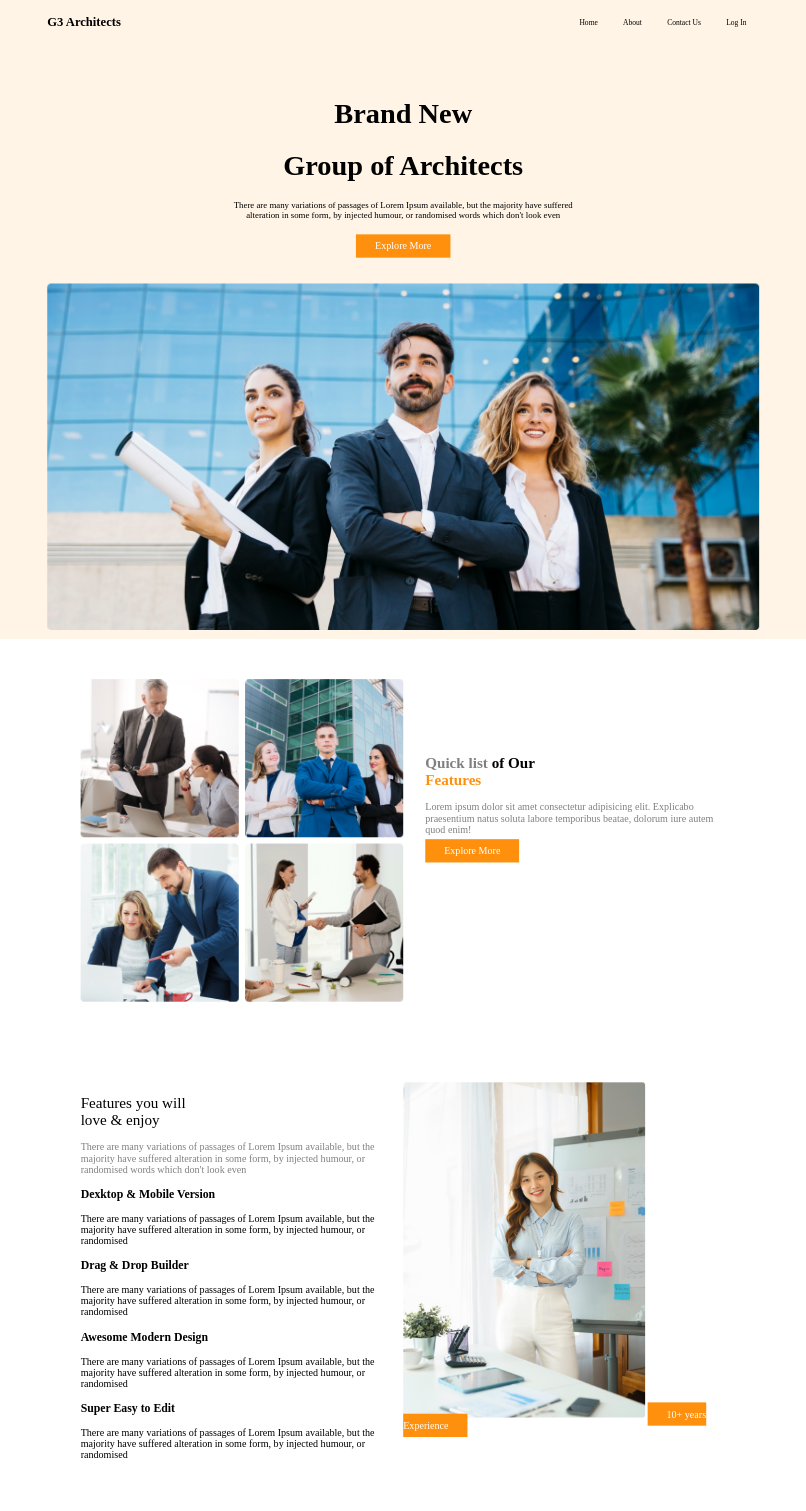
Repository: sadiaafsana138/Architect
Page: index.html
An editor plug-in stored every save of this project. The page is shown before and after the next save, followed by the edit.
The browser window is 1280 px wide. The pictures show the whole page, at 63% of full size.

Above is the page before, as saved 2023-01-16 16:39:06.

### index.html
<!DOCTYPE html>
<html lang="en">

<head>
  <meta charset="UTF-8" />
  <meta http-equiv="X-UA-Compatible" content="IE=edge" />
  <meta name="viewport" content="width=device-width, initial-scale=1.0" />
  <!-- CSS Stylesheet -->
  <link rel="stylesheet" href="style.css" />
  <title>G3 Architects</title>
</head>

<body>
  <!-- Head Section -->
  <header>
    <div class="top-head container">
      <div class="logo">
        <a href="">G3 Architects</a>
      </div>
      <nav class="navigation">
        <ul class="navigation-items">
          <li><a href="#">Home</a></li>
          <li><a href="#">About</a></li>
          <li><a href="#">Contact Us</a></li>
          <li><a href="#">Log In</a></li>
        </ul>
      </nav>
    </div>
    <div class="top-section container">
      <div class="top-bar-product">
        <div class="top-text">
          <h1>Brand New</h1>
          <h1>Group of Architects</h1>
          <p>
            There are many variations of passages of Lorem Ipsum available,
            but the majority have suffered <br>
            alteration in some form, by
            injected humour, or randomised words which don't look even
          </p>
          <br />
          <a href="#" class="link-btn">Explore More </a>
        </div>
        <div class="top-img">
          <img src="./images/banner.png" alt="" />
        </div>
      </div>
    </div>
  </header>
  <!--section Quick list of Our Features-->
  <section class="section-2">
    <div class="sec2div1">
      <img src="images/team1.png" alt="">

      </img>
      <img src="images/team2.png" alt="">

      </img>
      <img src="images/team3.png" alt="">

      </img>
      <img src="images/team4.png" alt="">

      </img>
    </div>
    <div class="sec2div2">
      <h2><span class="sp1">Quick list</span> of Our <br>
        <span id="sp2">Features</span>
      </h2>
      <p class="sp1">Lorem ipsum dolor sit amet consectetur adipisicing elit. Explicabo praesentium natus soluta labore
        temporibus beatae, dolorum iure autem quod enim!</p>
      <a href="#" class="link-btn">Explore More </a>
    </div>
  </section>
  <!--section-3 Features you will love & enjoy-->
  <section class="section-2">
    <div class="sec3div1">
      <h1>Features you will<br>
        love & enjoy</h1>
      <p class="sp1">
        There are many variations of passages of Lorem Ipsum available, but the majority have suffered alteration in
        some form, by injected humour, or randomised words which don't look even
      </p>
      <div class="sec3">
        <h3 class="sec3title">Dexktop & Mobile Version</h3>
        <p class="sec3subtitle">
          There are many variations of passages of Lorem Ipsum available, but the majority have suffered alteration in
          some form, by injected humour, or randomised
        </p>
      </div>
      <div class="sec3">
        <h3 class="sec3title">Drag & Drop Builder</h3>
        <p class="sec3subtitle">
          There are many variations of passages of Lorem Ipsum available, but the majority have suffered alteration in
          some form, by injected humour, or randomised
        </p>
      </div>
      <div class="sec3">
        <h3 class="sec3title">Awesome Modern Design</h3>
        <p class="sec3subtitle">
          There are many variations of passages of Lorem Ipsum available, but the majority have suffered alteration in
          some form, by injected humour, or randomised
        </p>
      </div>
      <div class="sec3">
        <h3 class="sec3title">Super Easy to Edit</h3>
        <p class="sec3subtitle">
          There are many variations of passages of Lorem Ipsum available, but the majority have suffered alteration in
          some form, by injected humour, or randomised
        </p>
      </div>
    </div>
    <div class="sec3div2">
      <img src="images/architect.png" alt="">
      <a href="#" class="link-btn"><span class="sp3">10+ years</span> Experience </a>
    </div>


  </section>
</body>

</html>

### style.css
@import url("https://fonts.googleapis.com/css2?family=Inter:wght@700&family=Manrope:wght@700&display=swap");

/* common styles or utilities */
* {
  padding: 0;
  box-sizing: border-box;
}

html {
  scroll-behavior: smooth;
}

body {
  font-family: "Poppins";
  margin: 0;
}

h1 {
  font-weight: 500;
}

a {
  text-decoration: none;
}

main {
  display: flex;
  flex-direction: column;
  align-items: center;
  justify-content: center;
  margin-top: 2%;
}

.container {
  max-width: 960px;
  margin: 0 auto;
  padding: 0 20px;
}

.link-btn {
  background-color: #ff900e;
  color: white;
  padding: 10px 30px;
  transition: 0.4s all ease-in-out;
}

.link-btn:hover {
  background-color: transparent;
  border: 1px solid #ff900e;
  color: #ff900e;
}

/* Header Section */
header {
  padding: 10px 0;
  background-color: rgba(255, 144, 14, 0.1);
}

header .container {
  max-width: 1170px;
  display: flex;
  justify-content: space-between;
  align-items: center;
}

.logo {
  display: flex;
}

.logo a {
  color: black;
  font-weight: 700;
  font-size: 20px;
}

.navigation {
  display: flex;
}

.navigation-items {
  display: flex;
  align-items: center;
}

.navigation-items li {
  list-style: none;
  padding: 0 20px;
}

.navigation-items li a {
  color: black;
  font-size: 12px;
  position: relative;
}

.navigation-items li a:after {
  content: "";
  position: absolute;
  background-color: #ff900e;
  height: 3px;
  width: 0;
  left: 0;
  bottom: -10px;
  transition: 0.3s;
}

.navigation-items li a:hover:after {
  width: 100%;
}

/* Top Bar Infos */
.top-section.container {
  margin-top: 5%;
}

.top-bar-product {
  text-align: center;
}

.top-text h1 {
  font-weight: 700;
  font-size: 45px;
}

.top-text p {
  font-size: 14px;
  text-align: center;
}

.top-img {
  width: 100%;
  margin-top: 50px;
}
.top-img img {
  width: 100%;
}
/*Section 2 Quick list of Our Features*/
.sp1{
  color: gray;
}
#sp2{
  color: #ff900e;
}
.section-2{
  display:grid;
  grid-template-columns: repeat(2,1fr);
  padding-left: 10%;
  padding-right: 10%;
  padding-top: 5%;
  padding-bottom: 5%;

}
.sec2div1{
  display: grid;
  grid-template-columns: repeat(2,1fr);
  row-gap: 10px;
  column-gap: 10px;
}
.sec2div1 img{
  width: 100%;
}
.sec2div2{
  padding-left: 35px;
  padding-top: 100px;
}
/* Media Queries */
@media only screen and (max-width: 688px) {
  .navigation {
    display: none;
  }
  .container {
    width: 100%;
  }
  .top-bar-product {
    flex-direction: column;
  }
  .top-img {
    order: 1;
  }
  .top-text {
    order: 2;
    text-align: center;
  }
  .section-2{
    display:grid;
    grid-template-columns: repeat(1,1fr);
  }
  .sec2div1{
    display: grid;
    grid-template-columns: repeat(1,1fr);
  }

}
.sec3div2 img{
  width: 75%;
}
@media only screen and (min-width: 688px) and (max-width: 992px) {
  .container {
    width: 100%;
  }
  .section-2{
    display:grid;
    grid-template-columns: repeat(1,1fr);
  }
  .sec2div1{
    display: grid;
    grid-template-columns: repeat(2,1fr);
  }
}

After the next save:
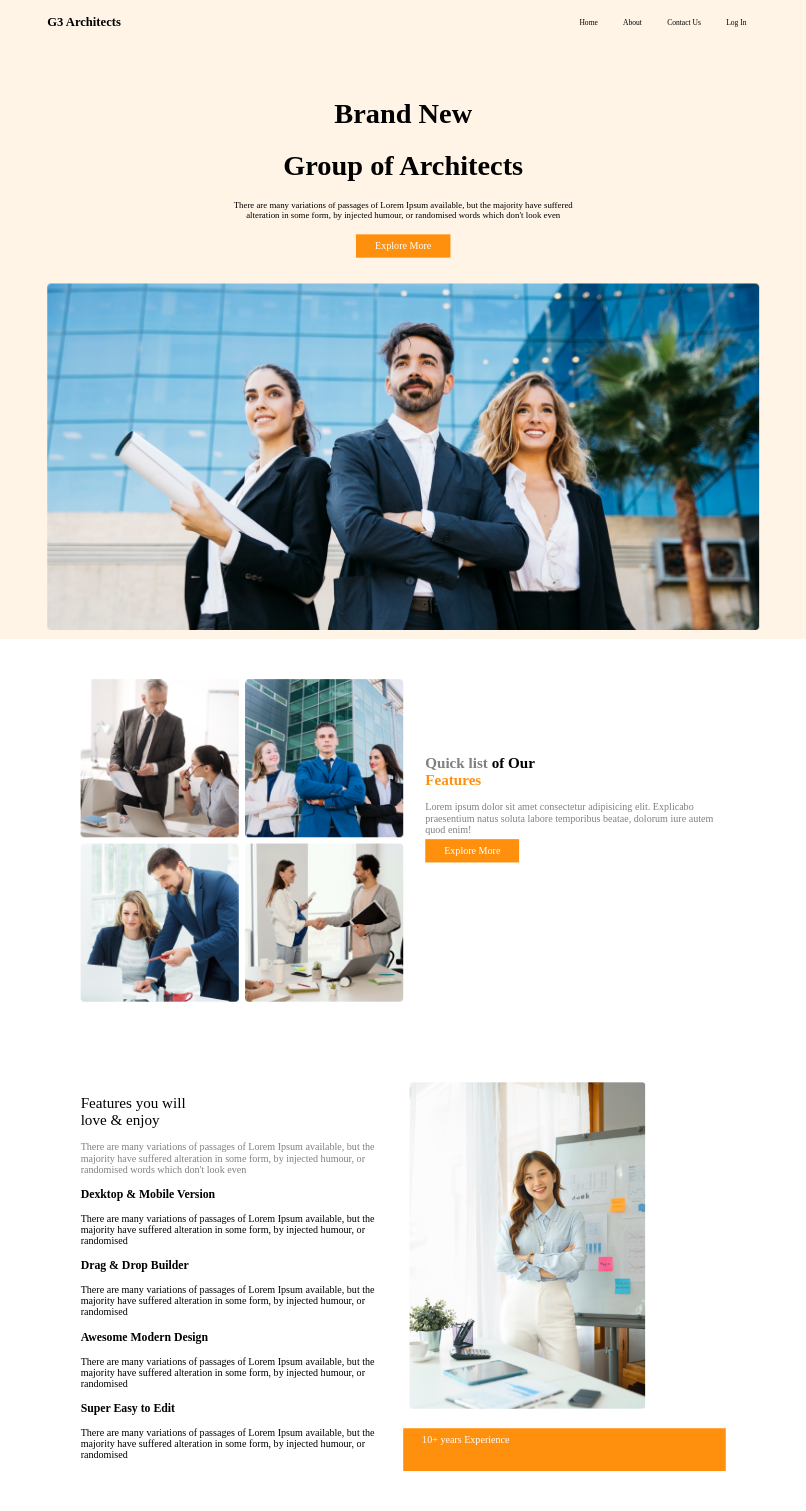
Saved 2 min 20 s later.
--- a/style.css
+++ b/style.css
@@ -191,8 +191,12 @@
   }
 
 }
+.sec3div2{
+  display: grid;
+}
 .sec3div2 img{
   width: 75%;
+  padding-left:10px;
 }
 @media only screen and (min-width: 688px) and (max-width: 992px) {
   .container {
